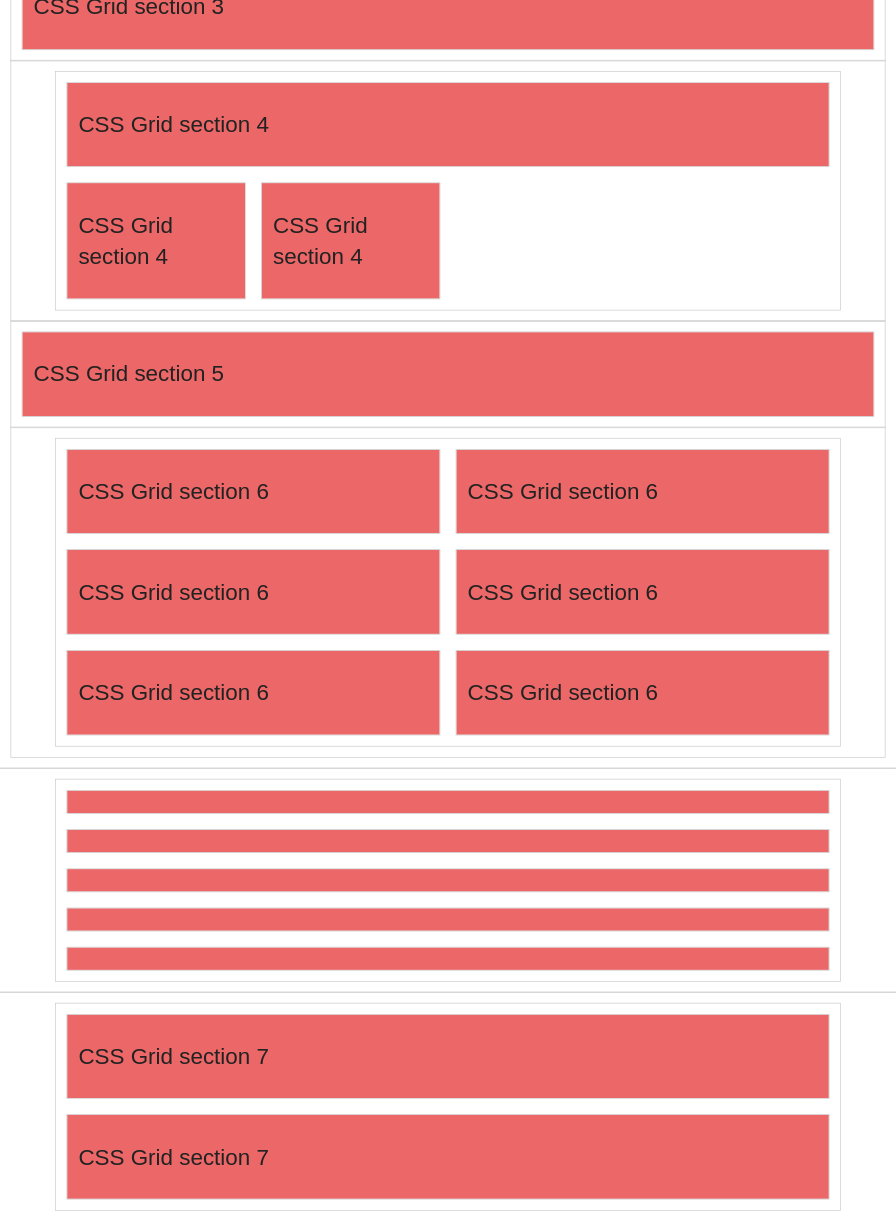
Repository: anoncoderin/madhu_kushal_html_layout
Page: metrosite_week4hw/index.html
The author's editor kept a copy of each file at every save. The page is drawn from the files as they stood at one save, then again after a run of saves.
The browser window is 1280 px wide. The pictures show the part of the page from y = 1071 to 2991 px (the page is 2816 px tall before and 2991 px after), at 70% of full size.

Above is the page before, as saved 2023-01-28 11:31:12.

### metrosite_week4hw/index.html
<!doctype html>
<html class="no-js" lang="EN">

<head>
  <meta charset="utf-8">
  <title>Metrolics</title>
  <meta name="description" content="Some demo test website">
  <meta name="viewport" content="width=device-width, initial-scale=1">

  <meta property="og:title" content="">
  <meta property="og:type" content="">
  <meta property="og:url" content="">
  <meta property="og:image" content="">

  <link rel="manifest" href="site.webmanifest">
  <link rel="apple-touch-icon" href="icon.png">
  <!-- Place favicon.ico in the root directory -->

  <link rel="stylesheet" href="css/normalize.css">
  <link rel="stylesheet" href="css/main.css">

  <meta name="theme-color" content="#fafafa">
</head>

<body>


  <script src="js/vendor/modernizr-3.11.2.min.js"></script>
  <script src="js/plugins.js"></script>
  <script src="js/main.js"></script>

  <!-- Google Analytics: change UA-XXXXX-Y to be your site's ID. -->
  <script>
    window.ga = function () { ga.q.push(arguments) }; ga.q = []; ga.l = +new Date;
    ga('create', 'UA-XXXXX-Y', 'auto'); ga('set', 'anonymizeIp', true); ga('set', 'transport', 'beacon'); ga('send', 'pageview')
  </script>
  <script src="https://www.google-analytics.com/analytics.js" async></script>

  <script src="js/vendor/modernizr-3.11.2.min.js"></script>
  <script src="js/plugins.js"></script>
  <script src="js/main.js"></script>

  <!-- Google Analytics: change UA-XXXXX-Y to be your site's ID. -->
  <script>
    window.ga = function () { ga.q.push(arguments) }; ga.q = []; ga.l = +new Date;
    ga('create', 'UA-XXXXX-Y', 'auto'); ga('set', 'anonymizeIp', true); ga('set', 'transport', 'beacon'); ga('send', 'pageview')
  </script>
  <script src="https://www.google-analytics.com/analytics.js" async></script>





  <header class="">
    <div class="row">
      <div class="col">
        <h1>CSS Grid 1</h1>
      </div>
      <div class="col">
        <h1>CSS Grid 1</h1>
      </div>
    </div>

  </header>


  <div class="main-container">
    <section>

      <div class="row">
        <div class="col">
          <h1>CSS Grid section 1</h1>
        </div>

      </div>


    </section>

    <section>

      <div class="row tab-col-2 ">
        <div class="col col tab-row-span">
          <h1>CSS Grid section 1</h1>
        </div>
        <div class="col">
          <div class="col">
            <h1>CSS Grid section 2</h1>
          </div>
          <div class="col">
            <h1>CSS Grid section 2</h1>
          </div>
        </div>
        <div class="col">

          <div class="col">
            <h1>CSS Grid section 2</h1>
          </div>
          <div class="col">
            <h1>CSS Grid section 2</h1>
          </div>
        </div>
      </div>


    </section>
    <section>
      <div class="col">
        <h1>CSS Grid section 3</h1>
      </div>
    </section>

    <section>

      <div class="row tab-col-2 l-col-4",>
        <div class="col tab-row-span">

          <h1>CSS Grid section 4</h1>

        </div>
        <div class="col">
          <h1>CSS Grid section 4</h1>
        </div>

        <div class="col">

          <h1>CSS Grid section 4</h1>
        </div>



      </div>


    </section>

    <section>
      <div class="col">
        <h1>CSS Grid section 5</h1>
      </div>
    </section>

    <section>

      <div class="row tab-col-2">
        <div class="col">
          <h1>CSS Grid section 6</h1>
        </div>
        <div class="col">
          <h1>CSS Grid section 6</h1>
        </div>
        <div class="col">
          <h1>CSS Grid section 6</h1>
        </div>
        <div class="col">
          <h1>CSS Grid section 6</h1>
        </div>

        <div class="col">
          <h1>CSS Grid section 6</h1>
        </div>
        <div class="col">
          <h1>CSS Grid section 6</h1>
        </div>
      </div>
    </section>
  </div>
  <section>
    <div class=" row">
      <div class="col"></div>
      <div class="col"></div>
      <div class="col"></div>
      <div class="col"></div>
      <div class="col"></div>

    </div>
  </section>

  <footer>
    <div class="row">
      <div class="col">
        <h1>CSS Grid section 7</h1>
      </div>
      <div class="col">
        <h1>CSS Grid section 7</h1>
      </div>
    </div>

  </footer>









</body>

</html>

### metrosite_week4hw/css/main.css
/*! HTML5 Boilerplate v8.0.0 | MIT License | https://html5boilerplate.com/ */

/* main.css 2.1.0 | MIT License | https://github.com/h5bp/main.css#readme */
/*
 * What follows is the result of much research on cross-browser styling.
 * Credit left inline and big thanks to Nicolas Gallagher, Jonathan Neal,
 * Kroc Camen, and the H5BP dev community and team.
 */

/* ==========================================================================
   Base styles: opinionated defaults
   ========================================================================== */

html {
  color: #222;
  font-size: 1em;
  line-height: 1.4;
}

/*
 * Remove text-shadow in selection highlight:
 * https://twitter.com/miketaylr/status/12228805301
 *
 * Vendor-prefixed and regular ::selection selectors cannot be combined:
 * https://stackoverflow.com/a/16982510/7133471
 *
 * Customize the background color to match your design.
 */

::-moz-selection {
  background: #b3d4fc;
  text-shadow: none;
}

::selection {
  background: #b3d4fc;
  text-shadow: none;
}

div,
main,
header,
section,
footer{
  outline: 1px solid #ccc;
  min-height: 1rem;
  padding: 1rem;
}

*,
*:before,
*:after{
  box-sizing: border-box;
}

img{
  width: 100%;
}


h1,
h2,
h3,
h4,
h5,
h6 {
  font-family:Arial, Helvetica, sans-serif;
  font-weight: 300;
}

p{
  font-family:Arial, Helvetica, sans-serif;
}

.row{
  display: grid;
  row-gap: 1rem;
}
.col{
  position: relative;
  background-color: rgb(236, 103, 103);
}

/* Small only */
@media screen and (max-width: 39.9375em) {}
/* Medium and up */
@media screen and (min-width: 40em) {
  .row{
    max-width: 70rem;
    column-gap: 1.5rem;
    row-gap: 1.5rem;
    margin: 0 auto;
  }
  .tab-col-2{
    grid-template-columns: 1fr 1fr;

  }
  .tab-col-3{
    grid-template-columns: repeat(3, 1fr);


}
.tab-col-5{
  grid-template-columns: repeat(5, 1fr);
}

.tab-row-span{
  grid-column-start: 1;
  grid-column-end: -1;
}

.link{
  display: none;
}
}
/* Medium only */
@media screen and (min-width: 40em) and
(max-width: 63.9375em) {}
/* Large and up */
@media screen and (min-width: 64em) {
  .l-col-4{
    grid-template-columns: repeat(4,1fr);
  }

}
/* Large only */
@media screen and (min-width: 64em) and
(max-width: 74.9375em) {}


/*
 * A better looking default horizontal rule
 */

hr {
  display: block;
  height: 1px;
  border: 0;
  border-top: 1px solid #ccc;
  margin: 1em 0;
  padding: 0;
}

/*
 * Remove the gap between audio, canvas, iframes,
 * images, videos and the bottom of their containers:
 * https://github.com/h5bp/html5-boilerplate/issues/440
 */

audio,
canvas,
iframe,
img,
svg,
video {
  vertical-align: middle;
}

/*
 * Remove default fieldset styles.
 */

fieldset {
  border: 0;
  margin: 0;
  padding: 0;
}

/*
 * Allow only vertical resizing of textareas.
 */

textarea {
  resize: vertical;
}

/* ==========================================================================
   Author's custom styles
   ========================================================================== */

/* ==========================================================================
   Helper classes
   ========================================================================== */

/*
 * Hide visually and from screen readers
 */

.hidden,
[hidden] {
  display: none !important;
}

/*
 * Hide only visually, but have it available for screen readers:
 * https://snook.ca/archives/html_and_css/hiding-content-for-accessibility
 *
 * 1. For long content, line feeds are not interpreted as spaces and small width
 *    causes content to wrap 1 word per line:
 *    https://medium.com/@jessebeach/beware-smushed-off-screen-accessible-text-5952a4c2cbfe
 */

.sr-only {
  border: 0;
  clip: rect(0, 0, 0, 0);
  height: 1px;
  margin: -1px;
  overflow: hidden;
  padding: 0;
  position: absolute;
  white-space: nowrap;
  width: 1px;
  /* 1 */
}

/*
 * Extends the .sr-only class to allow the element
 * to be focusable when navigated to via the keyboard:
 * https://www.drupal.org/node/897638
 */

.sr-only.focusable:active,
.sr-only.focusable:focus {
  clip: auto;
  height: auto;
  margin: 0;
  overflow: visible;
  position: static;
  white-space: inherit;
  width: auto;
}

/*
 * Hide visually and from screen readers, but maintain layout
 */

.invisible {
  visibility: hidden;
}

/*
 * Clearfix: contain floats
 *
 * For modern browsers
 * 1. The space content is one way to avoid an Opera bug when the
 *    `contenteditable` attribute is included anywhere else in the document.
 *    Otherwise it causes space to appear at the top and bottom of elements
 *    that receive the `clearfix` class.
 * 2. The use of `table` rather than `block` is only necessary if using
 *    `:before` to contain the top-margins of child elements.
 */

.clearfix::before,
.clearfix::after {
  content: " ";
  display: table;
}

.clearfix::after {
  clear: both;
}

/* ==========================================================================
   EXAMPLE Media Queries for Responsive Design.
   These examples override the primary ('mobile first') styles.
   Modify as content requires.
   ========================================================================== */

@media only screen and (min-width: 35em) {
  /* Style adjustments for viewports that meet the condition */
}

@media print,
  (-webkit-min-device-pixel-ratio: 1.25),
  (min-resolution: 1.25dppx),
  (min-resolution: 120dpi) {
  /* Style adjustments for high resolution devices */
}

/* ==========================================================================
   Print styles.
   Inlined to avoid the additional HTTP request:
   https://www.phpied.com/delay-loading-your-print-css/
   ========================================================================== */

@media print {
  *,
  *::before,
  *::after {
    background: #fff !important;
    color: #000 !important;
    /* Black prints faster */
    box-shadow: none !important;
    text-shadow: none !important;
  }

  a,
  a:visited {
    text-decoration: underline;
  }

  a[href]::after {
    content: " (" attr(href) ")";
  }

  abbr[title]::after {
    content: " (" attr(title) ")";
  }

  /*
   * Don't show links that are fragment identifiers,
   * or use the `javascript:` pseudo protocol
   */
  a[href^="#"]::after,
  a[href^="javascript:"]::after {
    content: "";
  }

  pre {
    white-space: pre-wrap !important;
  }

  pre,
  blockquote {
    border: 1px solid #999;
    page-break-inside: avoid;
  }

  /*
   * Printing Tables:
   * https://web.archive.org/web/20180815150934/http://css-discuss.incutio.com/wiki/Printing_Tables
   */
  thead {
    display: table-header-group;
  }

  tr,
  img {
    page-break-inside: avoid;
  }

  p,
  h2,
  h3 {
    orphans: 3;
    widows: 3;
  }

  h2,
  h3 {
    page-break-after: avoid;
  }
}

### metrosite_week4hw/js/plugins.js
// Avoid `console` errors in browsers that lack a console.
(function() {
  var method;
  var noop = function () {};
  var methods = [
    'assert', 'clear', 'count', 'debug', 'dir', 'dirxml', 'error',
    'exception', 'group', 'groupCollapsed', 'groupEnd', 'info', 'log',
    'markTimeline', 'profile', 'profileEnd', 'table', 'time', 'timeEnd',
    'timeline', 'timelineEnd', 'timeStamp', 'trace', 'warn'
  ];
  var length = methods.length;
  var console = (window.console = window.console || {});

  while (length--) {
    method = methods[length];

    // Only stub undefined methods.
    if (!console[method]) {
      console[method] = noop;
    }
  }
}());

// Place any jQuery/helper plugins in here.

Loaded but not shown: metrosite_week4hw/css/normalize.css (library); metrosite_week4hw/js/vendor/modernizr-3.11.2.min.js (library); metrosite_week4hw/js/main.js (no stored copy; drawn as an empty file)

After the next 4 saves:
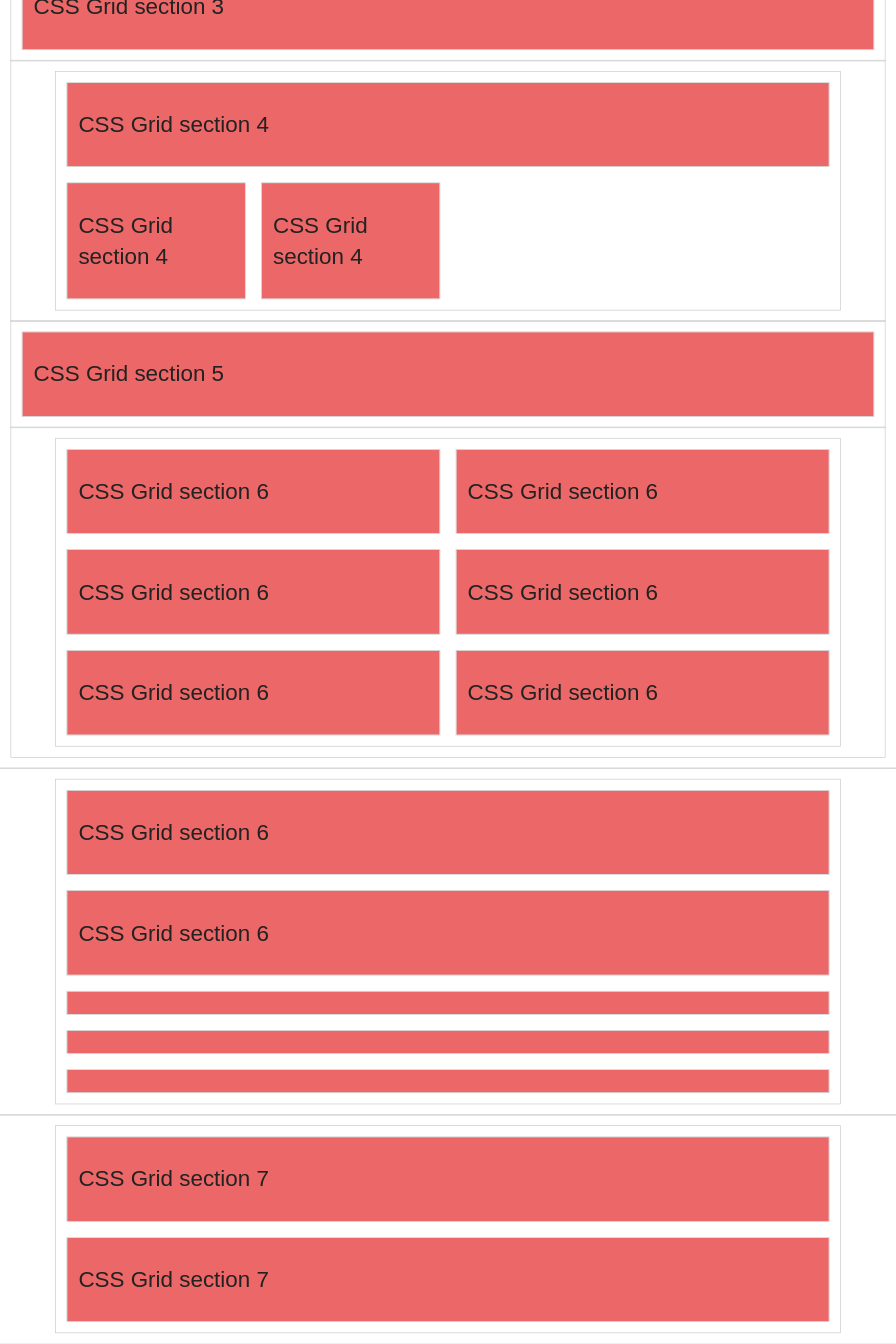
The 4 saves are shown as one change because they came seconds apart.
The last was saved 34 s later.
--- a/metrosite_week4hw/index.html
+++ b/metrosite_week4hw/index.html
@@ -167,11 +167,15 @@
   </div>
   <section>
     <div class=" row">
+      <div class="col">
+        <h1>CSS Grid section 6</h1>
+      </div>
+      <div class="col">
+        <h1>CSS Grid section 6</h1>
+      </div>
       <div class="col"></div>
       <div class="col"></div>
       <div class="col"></div>
-      <div class="col"></div>
-      <div class="col"></div>
 
     </div>
   </section>
